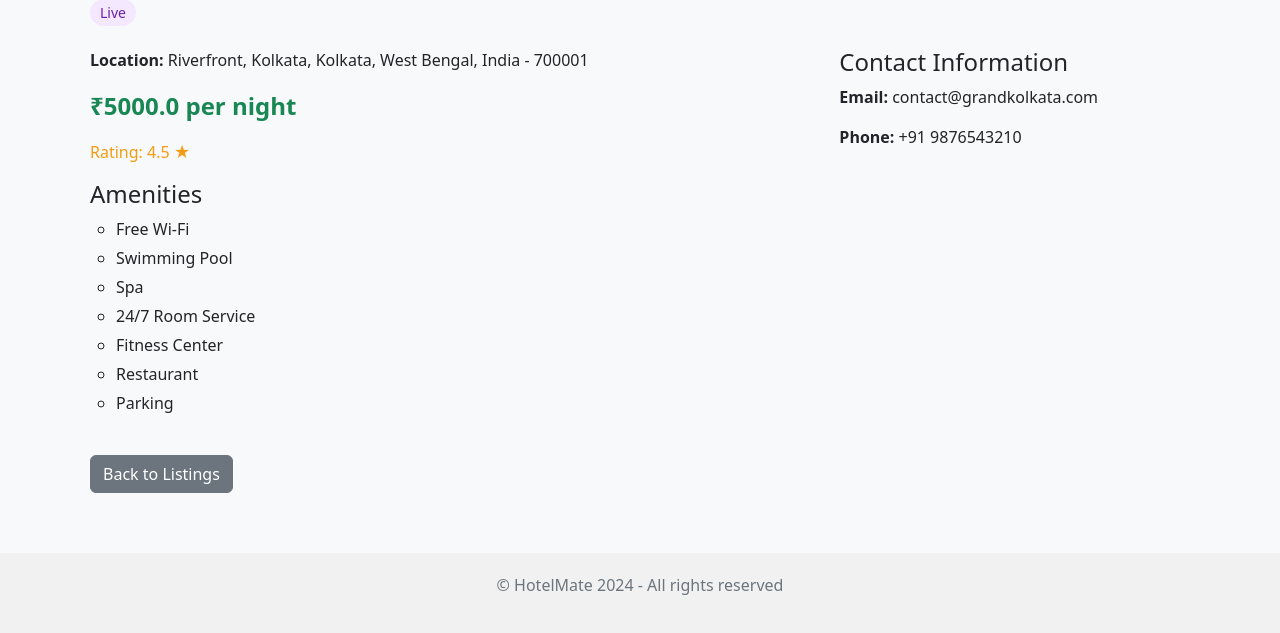
Repository: himanshu2k23/HoteMate
Page: http://localhost/HotelMate/details.jsp
These files come from the project's save history. The page is drawn as it stood at one moment and after the next save; the edit follows.
The browser window is 1280 px wide. The pictures show the part of the page from y = 706 to 1344 px (the page is 1339 px tall before and 1344 px after).
The page is served by Tomcat 10.

Above is the page before, as saved 2025-01-13 19:09:00.

After the next save:
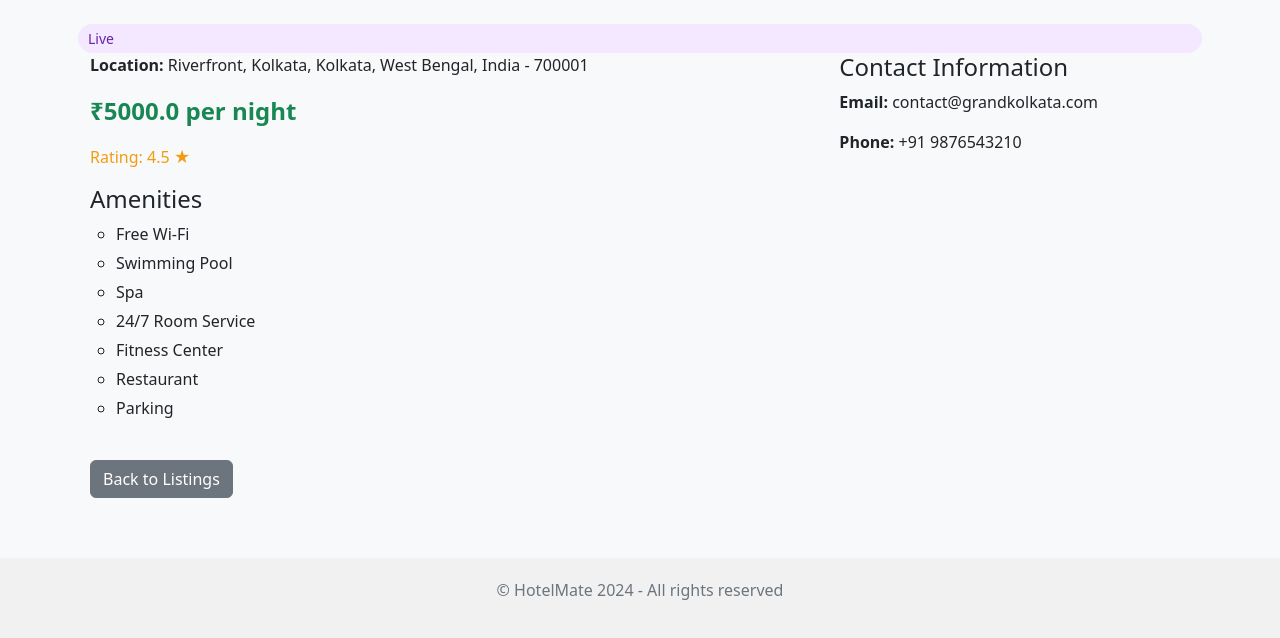
Saved 16 s later.
--- a/HotelMate/src/main/webapp/details.jsp
+++ b/HotelMate/src/main/webapp/details.jsp
@@ -15,9 +15,9 @@ body {
 }
 
 .hotel-details-container {
-	margin-top: 100px; margin-bottom : 40px;
+	margin-top: 100px;
+	margin-bottom: 40px;
 	padding: 20px;
-	margin-bottom: 40px;
 }
 
 .price {
@@ -109,11 +109,11 @@ body {
 		</div>
 
 		<!-- Hotel Information -->
-		<span
-			style="white-space: nowrap; border-radius: 9999px; background-color: #f3e8ff; padding: 0.25rem 0.625rem; font-size: 0.875rem; color: #6b21a8;">
-			Live </span>
+		<div class="row mt-4">
+			<span
+				style="white-space: nowrap; border-radius: 9999px; background-color: #f3e8ff; padding: 0.25rem 0.625rem; font-size: 0.875rem; color: #6b21a8;">
+				Live </span>
 
-		<div class="row mt-4">
 			<div class="col-md-8">
 
 				<p>
